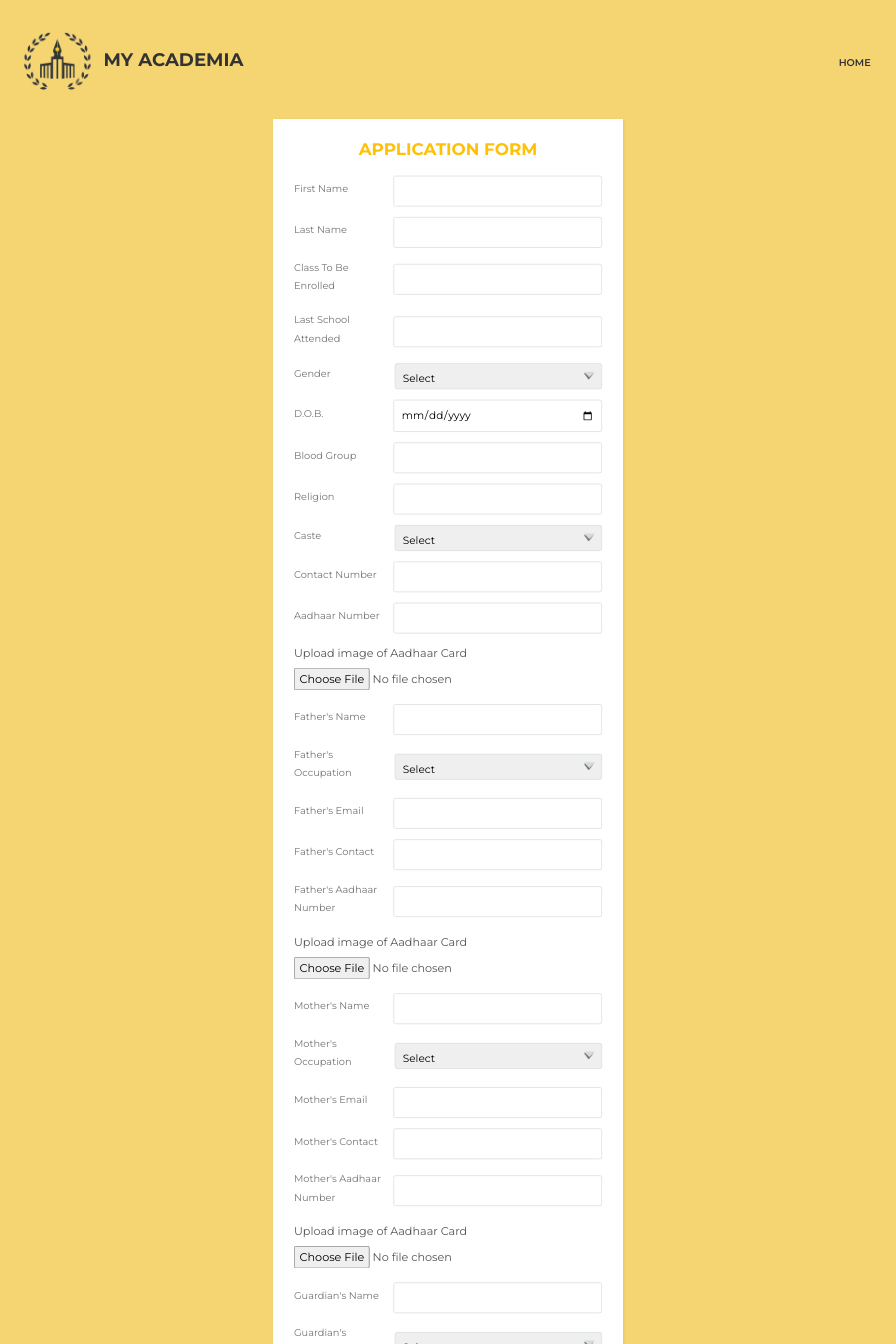
Repository: SaxenaAbhay/DBMS2023
Page: http://localhost/application
An editor plug-in stored every save of this project. The page is shown before and after the next save, followed by the edit.
The browser window is 1280 px wide. The pictures show the part of the page from y = 0 to 1920 px (the page is 2957 px tall before and 1714 px after), at 70% of full size.
The page is this project's Thymeleaf template; nobody is signed in. The template is opened directly, without the code that normally fills it, so the values that code supplies are empty.

Above is the page before, as saved 2023-10-16 17:59:40.

### school-managment-system/src/main/resources/templates/application.html
<!DOCTYPE html>
<html lang="en">

<head>
    <meta charset="utf-8">
    <meta name="viewport" content="width=device-width, initial-scale=1, shrink-to-fit=no">

    <!-- SEO Meta Tags -->
    <meta name="description" content="My Academia">
    <meta name="keywords" content="school website, responsive">
    <meta name="author" content="XYZ">

    <!-- Website Title -->
    <title>My Academia</title>

    <link href="https://fonts.googleapis.com/css?family=Montserrat:400,400i,600,700,700i&display=swap" rel="stylesheet">

    <link href="css/bootstrap.css" rel="stylesheet">
    <link href="css/fontawesome-all.css" rel="stylesheet">
    <link href="css/swiper.css" rel="stylesheet">
    <link href="css/styles.css" rel="stylesheet">

    <link rel="icon" href="images/logo2.jpg">

    <!-- Scripts -->
    <script src="js/jquery.min.js" defer></script>
    <script src="js/popper.min.js" defer></script>
    <script src="js/bootstrap.min.js" defer></script>
    <script src="js/jquery.easing.min.js" defer></script>
    <script src="js/swiper.min.js" defer></script>
    <script src="js/validator.min.js" defer></script>
    <script src="js/scripts.js" defer></script>
</head>

<body data-spy="scroll" data-target=".fixed-top" class="application">

    <!-- Preloader -->
    <div class="spinner-wrapper">
        <div class="spinner">
            <div class="bounce1"></div>
            <div class="bounce2"></div>
            <div class="bounce3"></div>
        </div>
    </div>
    <!-- end of preloader -->


    <!-- Navigation -->
    <nav class="navbar navbar-expand-lg navbar-dark navbar-custom fixed-top">

        <!-- Logo -->
        <a class="navbar-brand logo-image" href="./index.html"><img src="./images/logo.jpg"></a>
        <h3>MY ACADEMIA</h3>

        <div class="collapse navbar-collapse" id="navbarsExampleDefault">
            <ul class="navbar-nav ml-auto">
                <li class="nav-item">
                    <a class="nav-link page-scroll" href="./index.html">HOME</a>
                </li>
            </ul>
        </div>
    </nav>

    <div class="wrapper">
        <div class="title">APPLICATION FORM</div>
        <form class="form">
            <div class="inputfield">
                <label>First Name</label>
                <input type="text" class="input">
            </div>
            <div class="inputfield">
                <label>Last Name</label>
                <input type="text" class="input">
            </div>
            <div class="inputfield">
                <label>Class To Be Enrolled</label>
                <input type="text" class="input">
            </div>
            <div class="inputfield">
                <label>Last School Attended</label>
                <input type="text" class="input">
            </div>
            <div class="inputfield">
                <label>Gender</label>
                <div class="custom_select">
                    <select>
                        <option value="">Select</option>
                        <option value="male">Male</option>
                        <option value="female">Female</option>
                    </select>
                </div>
            </div>
            <div class="inputfield">
                <label>D.O.B.</label>
                <input type="date" class="input">
            </div>
            <div class="inputfield">
                <label>Blood Group</label>
                <input type="text" class="input">
            </div>
            <div class="inputfield">
                <label>Religion</label>
                <input type="text" class="input">
            </div>
            <div class="inputfield">
                <label>Caste</label>
                <div class="custom_select">
                    <select>
                        <option value="">Select</option>
                        <option value="gen">GEN</option>
                        <option value="sc-st">SC/ST</option>
                        <option value="obc">OBC</option>
                    </select>
                </div>
            </div>
            <div class="inputfield">
                <label>Contact Number</label>
                <input type="text" class="input">
            </div>
            <div class="inputfield">
                <label>Aadhaar Number</label>
                <input type="text" class="input">
            </div>
            <div class="form-group">
                <label>Upload image of Aadhaar Card</label>
                <input type="file">
            </div>
            <div class="inputfield">
                <label>Father's Name</label>
                <input type="text" class="input">
            </div>
            <div class="inputfield">
                <label>Father's Occupation</label>
                <div class="custom_select">
                    <select>
                        <option value="">Select</option>
                        <option value="pvt">Private Service</option>
                        <option value="ind">Industrial Service</option>
                        <option value="govt">Govt Service</option>
                        <option value="self">Self Employed</option>
                    </select>
                </div>
            </div>
            <div class="inputfield">
                <label>Father's Email</label>
                <input type="text" class="input">
            </div>
            <div class="inputfield">
                <label>Father's Contact</label>
                <input type="text" class="input">
            </div>
            <div class="inputfield">
                <label>Father's Aadhaar Number</label>
                <input type="text" class="input">
            </div>
            <div class="form-group">
                <label>Upload image of Aadhaar Card</label>
                <input type="file">
            </div>
            <div class="inputfield">
                <label>Mother's Name</label>
                <input type="text" class="input">
            </div>
            <div class="inputfield">
                <label>Mother's Occupation</label>
                <div class="custom_select">
                    <select>
                        <option value="">Select</option>
                        <option value="pvt">Private Service</option>
                        <option value="ind">Industrial Service</option>
                        <option value="govt">Govt Service</option>
                        <option value="self">Self Employed</option>
                    </select>
                </div>
            </div>
            <div class="inputfield">
                <label>Mother's Email</label>
                <input type="text" class="input">
            </div>
            <div class="inputfield">
                <label>Mother's Contact</label>
                <input type="text" class="input">
            </div>
            <div class="inputfield">
                <label>Mother's Aadhaar Number</label>
                <input type="text" class="input">
            </div>
            <div class="form-group">
                <label>Upload image of Aadhaar Card</label>
                <input type="file">
            </div>
            <div class="inputfield">
                <label>Guardian's Name</label>
                <input type="text" class="input">
            </div>
            <div class="inputfield">
                <label>Guardian's Occupation</label>
                <div class="custom_select">
                    <select>
                        <option value="">Select</option>
                        <option value="pvt">Private Service</option>
                        <option value="ind">Industrial Service</option>
                        <option value="govt">Govt Service</option>
                        <option value="self">Self Employed</option>
                    </select>
                </div>
            </div>
            <div class="inputfield">
                <label>Guardian's Email</label>
                <input type="text" class="input">
            </div>
            <div class="inputfield">
                <label>Guardian's Contact</label>
                <input type="text" class="input">
            </div>
            <div class="inputfield">
                <label>Guardian's Aadhaar Number</label>
                <input type="text" class="input">
            </div>
            <div class="form-group">
                <label>Upload image of Aadhaar Card</label>
                <input type="file">
            </div>
            <div class="inputfield">
                <label>Family Income</label>
                <input type="text" class="input">
            </div>
            <div class="inputfield">
                <label>Address</label>
                <textarea class="textarea"></textarea>
            </div>
            <div class="inputfield terms">
                <label class="check">
                    <input type="checkbox">
                    <span class="checkmark"></span>
                </label>
                <p>Agreed to <a href="./terms.html"> terms and conditions</a></p>
            </div>
            <div class="inputfield">
                <input type="submit" value="SUBMIT" class="btn">
            </div>
        </form>
    </div>

    <!-- Footer -->
    <div class="footer">
        <div class="container">
            <div class="row">
                <div class="col-md-8">
                    <div class="footer-col first">
                        <h5>SCHOOL MOTTO</h5>
                        <p class="p-small">Sed felis eget velit aliquet sagittis id. Hac habitasse platea dictumst
                            quisque sagittis purus sit. Nisi lacus sed viverra tellus in hac habitasse. Faucibus vitae
                            aliquet nec ullamcorper sit. Varius duis at consectetur lorem donec massa sapien.</p>
                    </div>
                </div> <!-- end of col -->
                <div class="col-md-4">
                    <div class="footer-col fourth">
                        <h5>Social Media</h5>
                        <p class="p-small">For news & updates follow us</p>
                        <a href="#your-link">
                            <i class="fab fa-facebook-f"></i>
                        </a>
                        <a href="#your-link">
                            <i class="fab fa-twitter"></i>
                        </a>
                        <a href="#your-link">
                            <i class="fab fa-pinterest-p"></i>
                        </a>
                        <a href="#your-link">
                            <i class="fab fa-instagram"></i>
                        </a>
                        <a href="#your-link">
                            <i class="fab fa-linkedin-in"></i>
                        </a>
                        <a href="#your-link">
                            <i class="fab fa-youtube"></i>
                        </a>
                    </div>
                </div> <!-- end of col -->
            </div> <!-- end of row -->
        </div> <!-- end of container -->
    </div> <!-- end of footer -->
    <!-- end of footer -->


    <!-- Copyright -->
    <div class="copyright">
        <div class="container">
            <div class="row">
                <div class="col-lg-12">
                    <p class="p-small">Copyright © 2021 - All rights reserved</p>
                </div> <!-- end of col -->
            </div> <!-- enf of row -->
        </div> <!-- end of container -->
    </div> <!-- end of copyright -->
    <!-- end of copyright -->
</body>

</html>

Loaded but not shown: school-managment-system/src/main/resources/static/css/bootstrap.css (library); school-managment-system/src/main/resources/static/css/fontawesome-all.css (library); school-managment-system/src/main/resources/static/css/swiper.css (library); school-managment-system/src/main/resources/static/js/jquery.min.js (library); school-managment-system/src/main/resources/static/js/popper.min.js (library); school-managment-system/src/main/resources/static/js/bootstrap.min.js (library); school-managment-system/src/main/resources/static/js/jquery.easing.min.js (library); school-managment-system/src/main/resources/static/js/swiper.min.js (library); school-managment-system/src/main/resources/static/js/validator.min.js (library); school-managment-system/src/main/resources/static/js/scripts.js (177 lines, source omitted); school-managment-system/src/main/resources/static/css/styles.css (1735 lines, source omitted)

After the next save:
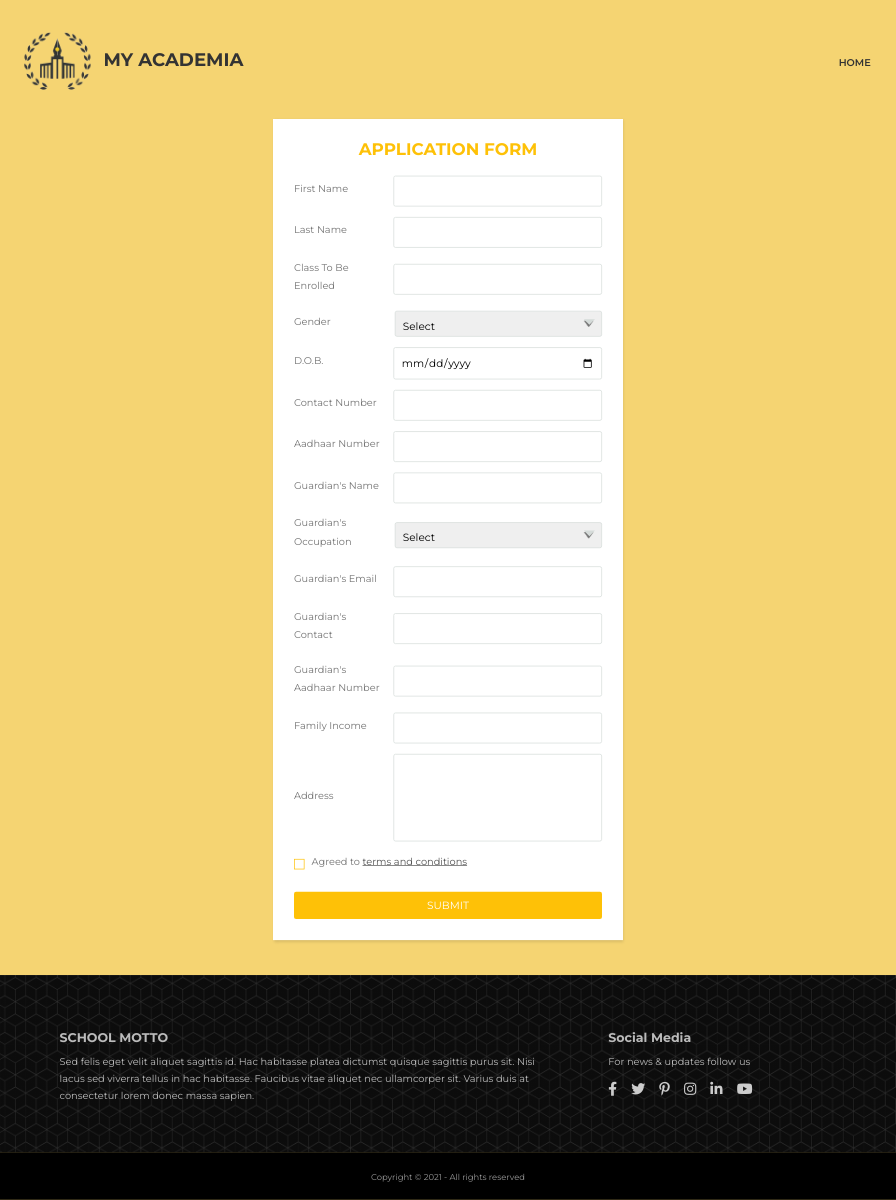
Saved 2 days later.
--- a/school-managment-system/src/main/resources/templates/application.html
+++ b/school-managment-system/src/main/resources/templates/application.html
@@ -76,10 +76,10 @@
                 <label>Class To Be Enrolled</label>
                 <input type="text" class="input">
             </div>
-            <div class="inputfield">
+            <!--<div class="inputfield">
                 <label>Last School Attended</label>
                 <input type="text" class="input">
-            </div>
+            </div>-->
             <div class="inputfield">
                 <label>Gender</label>
                 <div class="custom_select">
@@ -94,15 +94,15 @@
                 <label>D.O.B.</label>
                 <input type="date" class="input">
             </div>
-            <div class="inputfield">
+            <!--<div class="inputfield">
                 <label>Blood Group</label>
                 <input type="text" class="input">
-            </div>
-            <div class="inputfield">
+            </div>-->
+            <!--<div class="inputfield">
                 <label>Religion</label>
                 <input type="text" class="input">
-            </div>
-            <div class="inputfield">
+            </div>-->
+            <!--<div class="inputfield">
                 <label>Caste</label>
                 <div class="custom_select">
                     <select>
@@ -112,7 +112,7 @@
                         <option value="obc">OBC</option>
                     </select>
                 </div>
-            </div>
+            </div>-->
             <div class="inputfield">
                 <label>Contact Number</label>
                 <input type="text" class="input">
@@ -121,11 +121,11 @@
                 <label>Aadhaar Number</label>
                 <input type="text" class="input">
             </div>
-            <div class="form-group">
+            <!--<div class="form-group">
                 <label>Upload image of Aadhaar Card</label>
                 <input type="file">
-            </div>
-            <div class="inputfield">
+            </div>-->
+            <!--<div class="inputfield">
                 <label>Father's Name</label>
                 <input type="text" class="input">
             </div>
@@ -148,16 +148,16 @@
             <div class="inputfield">
                 <label>Father's Contact</label>
                 <input type="text" class="input">
-            </div>
-            <div class="inputfield">
+            </div>-->
+            <!--<div class="inputfield">
                 <label>Father's Aadhaar Number</label>
                 <input type="text" class="input">
             </div>
             <div class="form-group">
                 <label>Upload image of Aadhaar Card</label>
                 <input type="file">
-            </div>
-            <div class="inputfield">
+            </div>-->
+            <!--<div class="inputfield">
                 <label>Mother's Name</label>
                 <input type="text" class="input">
             </div>
@@ -188,7 +188,7 @@
             <div class="form-group">
                 <label>Upload image of Aadhaar Card</label>
                 <input type="file">
-            </div>
+            </div>-->
             <div class="inputfield">
                 <label>Guardian's Name</label>
                 <input type="text" class="input">
@@ -217,10 +217,10 @@
                 <label>Guardian's Aadhaar Number</label>
                 <input type="text" class="input">
             </div>
-            <div class="form-group">
+           <!-- <div class="form-group">
                 <label>Upload image of Aadhaar Card</label>
                 <input type="file">
-            </div>
+            </div>-->
             <div class="inputfield">
                 <label>Family Income</label>
                 <input type="text" class="input">
